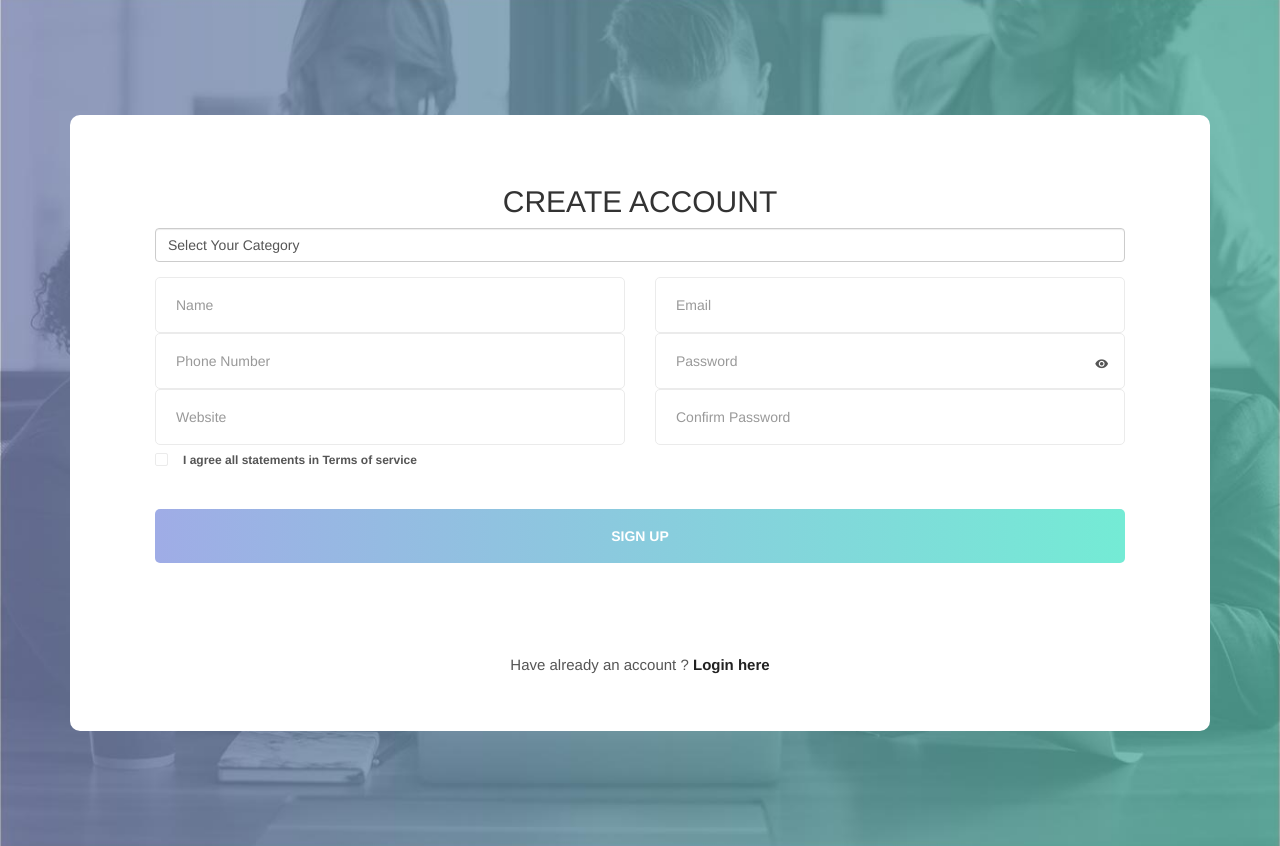
Repository: zainbt/Career_Bridge
Page: static/register/register.html
These files come from the project's save history. The page is drawn as it stood at one moment and after the next save; the edit follows.
The browser window is 1280 px wide. The pictures show the whole page.

Above is the page before, as saved 2019-11-18 18:19:05.

After the next save:
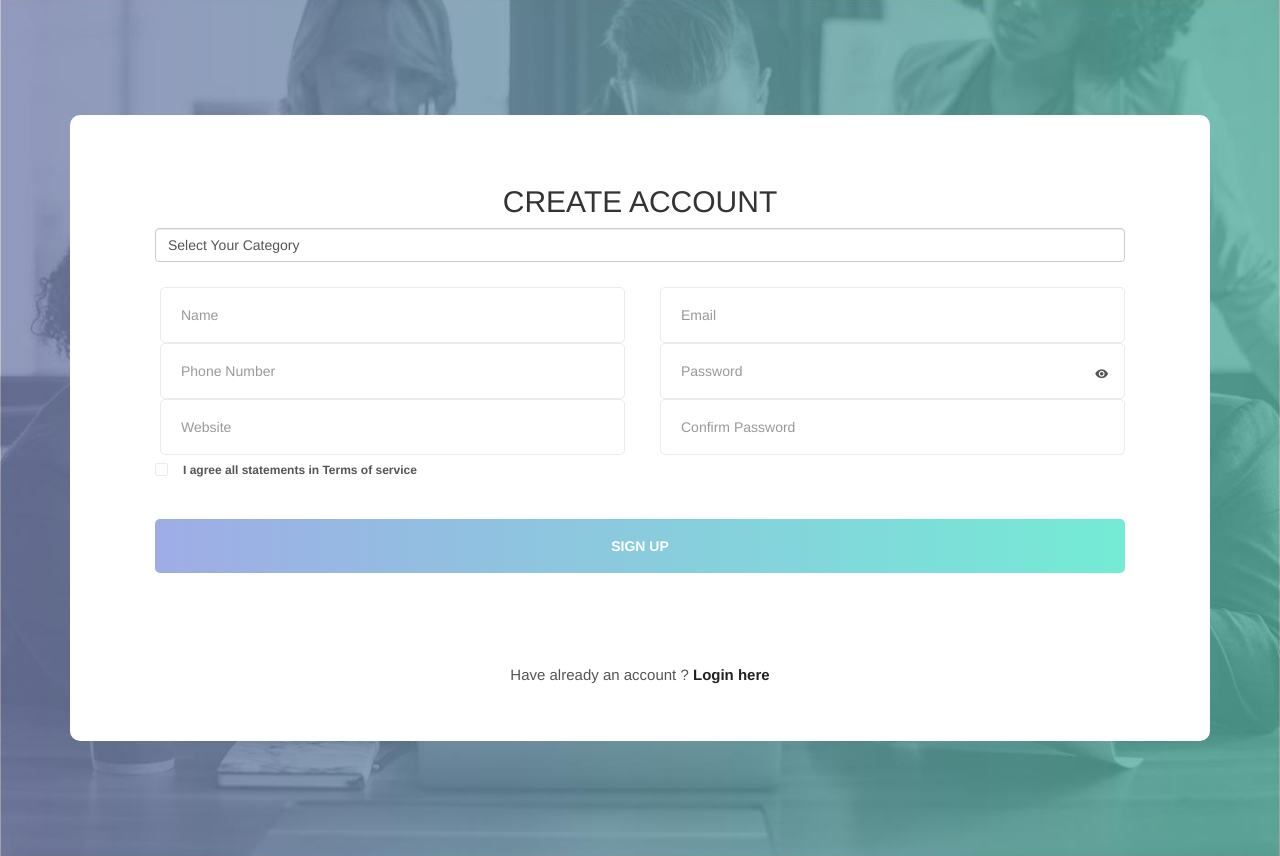
Saved 4 min 11 s later.
--- a/static/register/register.html
+++ b/static/register/register.html
@@ -34,13 +34,13 @@
                             </select>
                         </div>
                         <div class="row">
-                            <div class="col-md-6">
+                            <div class="col-md-6 textFields">
                                 <input type="text" class="form-input" name="name" id="name" placeholder="Name" />
                                 <input type="number" class="form-input" name="number" id="name" placeholder="Phone Number" />
                                 <input type="url" class="form-input" name="website" id="name" placeholder="Website" />
                             </div>
 
-                            <div class="col-md-6">
+                            <div class="col-md-6 textFields">
                                 <input type="email" class="form-input" name="email" id="email" placeholder="Email" />
                                 <input type="password" class="form-input" name="password" id="password" placeholder="Password" />
                                 <span toggle="#password" class="zmdi zmdi-eye field-icon toggle-password"></span>
--- a/static/register/css/style.css
+++ b/static/register/css/style.css
@@ -1,5 +1,10 @@
 .row {
     display: flex;
+}
+
+.textFields {
+    margin-top: 10px;
+    margin-left: 5px;
 }
 
 
